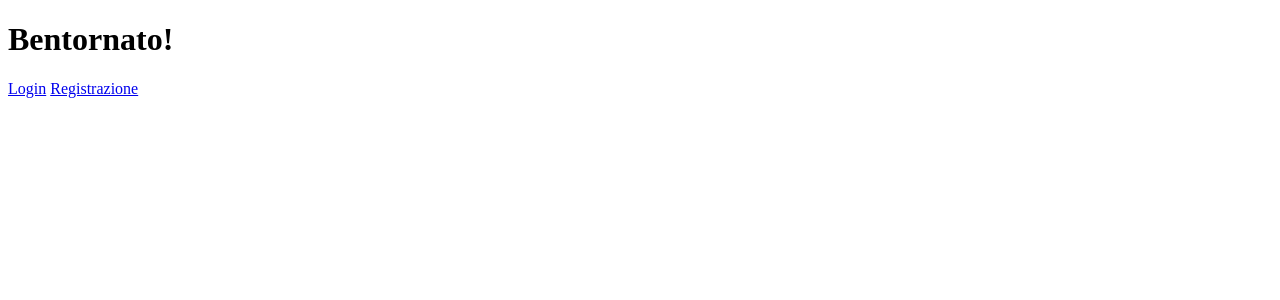
Repository: GabrielCellammare/WebApplication-SA-CyberSecurity
Page: http://localhost/WebProject-CellammareGabriel_ApplicationSecurity_/userNotLogged/index.jsp
The author's editor kept a copy of each file at every save. The page is drawn from the files as they stood at one save, then again after the next save.
The browser window is 1280 px wide. The pictures show the whole page.
The page is served by Tomcat 9. Nobody is signed in. The application's start-up code is not run. Other server files are loaded and not shown.

Above is the page before, as saved 2024-01-12 10:59:19.
Not found: WebProject-CellammareGabriel(ApplicationSecurity)/WebProject-CellammareGabriel_ApplicationSecurity_/userNotLogged/stile.

### WebProject-CellammareGabriel(ApplicationSecurity)/WebContent/userNotLogged/index.jsp
<%@ page language="java" contentType="text/html; charset=UTF-8" pageEncoding="UTF-8"%>
<!DOCTYPE html>
<html>
<head>
    <meta charset="UTF-8">
    <title>Home Page</title>
    <link rel="stylesheet" type="text/css" href="stile.css">
</head>
<body>
    <div class="container">
        <div class="panel">
            <h1>Bentornato!</h1>
            <a href="login.jsp" class="button">Login</a>
            <a href="registrazione.jsp" class="button">Registrazione</a>
        </div>
    </div>
</body>
</html>

### WebProject-CellammareGabriel(ApplicationSecurity)/WebContent/userNotLogged/style.css
body {
    font-family: Arial, sans-serif;
    background-color: #f4f4f4;
    margin: 0;
    padding: 0;
}

.container {
    width: 100%;
    max-width: 600px;
    margin: 0 auto;
    text-align: center;
    padding-top: 50px;
}

h1 {
    color: #333;
}

.button-container {
    margin-top: 20px;
}

.button {
    display: inline-block;
    background-color: #007BFF;
    color: white;
    padding: 10px 20px;
    margin: 10px;
    text-decoration: none;
    border-radius: 5px;
    transition: background-color 0.3s ease;
}

.button:hover {
    background-color: #0056b3;
}

After the next save:
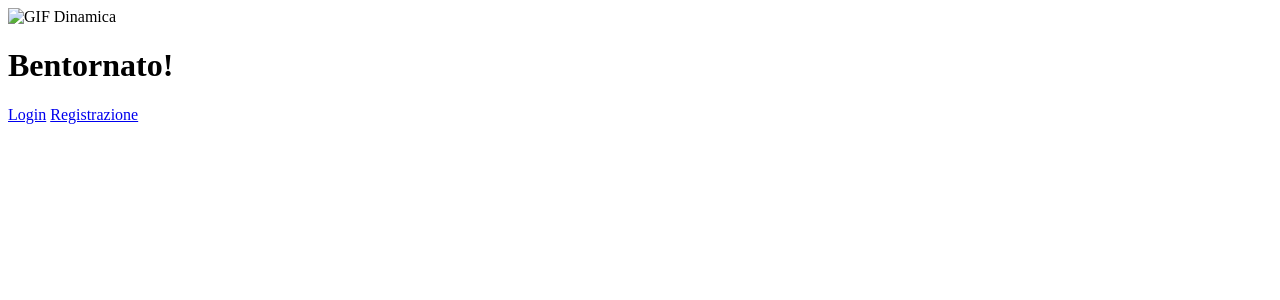
Not found: WebProject-CellammareGabriel(ApplicationSecurity)/WebProject-CellammareGabriel_ApplicationSecurity_/userNotLogged/path_t
Saved 7 s later.
--- a/WebProject-CellammareGabriel(ApplicationSecurity)/WebContent/userNotLogged/index.jsp
+++ b/WebProject-CellammareGabriel(ApplicationSecurity)/WebContent/userNotLogged/index.jsp
@@ -8,6 +8,9 @@
 </head>
 <body>
     <div class="container">
+        <div class="gif-container">
+            <img src="path_to_your_gif.gif" alt="GIF Dinamica">
+        </div>
         <div class="panel">
             <h1>Bentornato!</h1>
             <a href="login.jsp" class="button">Login</a>

After the save that followed:
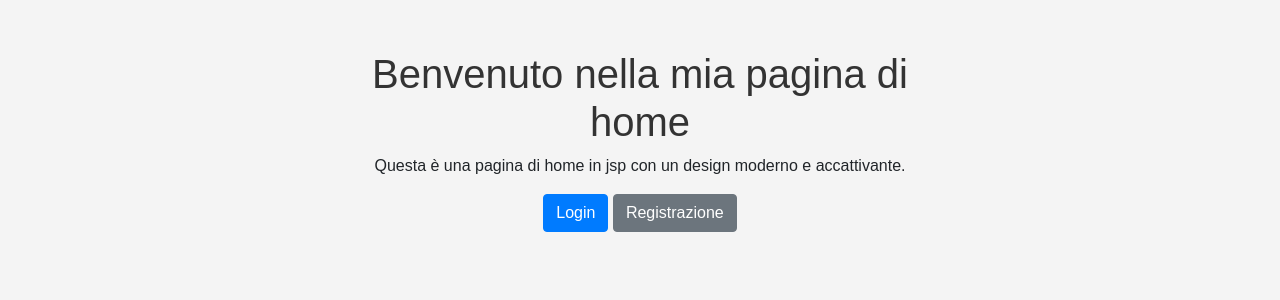
Saved 9 s later.
--- a/WebProject-CellammareGabriel(ApplicationSecurity)/WebContent/userNotLogged/index.jsp
+++ b/WebProject-CellammareGabriel(ApplicationSecurity)/WebContent/userNotLogged/index.jsp
@@ -3,18 +3,19 @@
 <html>
 <head>
     <meta charset="UTF-8">
-    <title>Home Page</title>
-    <link rel="stylesheet" type="text/css" href="stile.css">
+    <title>La mia pagina di home</title>
+    <!-- Bootstrap CDN -->
+    <link rel="stylesheet" href="https://stackpath.bootstrapcdn.com/bootstrap/4.5.2/css/bootstrap.min.css">
+    <!-- Il mio file css -->
+    <link rel="stylesheet" href="style.css">
 </head>
 <body>
     <div class="container">
-        <div class="gif-container">
-            <img src="path_to_your_gif.gif" alt="GIF Dinamica">
-        </div>
-        <div class="panel">
-            <h1>Bentornato!</h1>
-            <a href="login.jsp" class="button">Login</a>
-            <a href="registrazione.jsp" class="button">Registrazione</a>
+        <h1>Benvenuto nella mia pagina di home</h1>
+        <p>Questa è una pagina di home in jsp con un design moderno e accattivante.</p>
+        <div class="buttons">
+            <a href="login.jsp" class="btn btn-primary">Login</a>
+            <a href="register.jsp" class="btn btn-secondary">Registrazione</a>
         </div>
     </div>
 </body>
